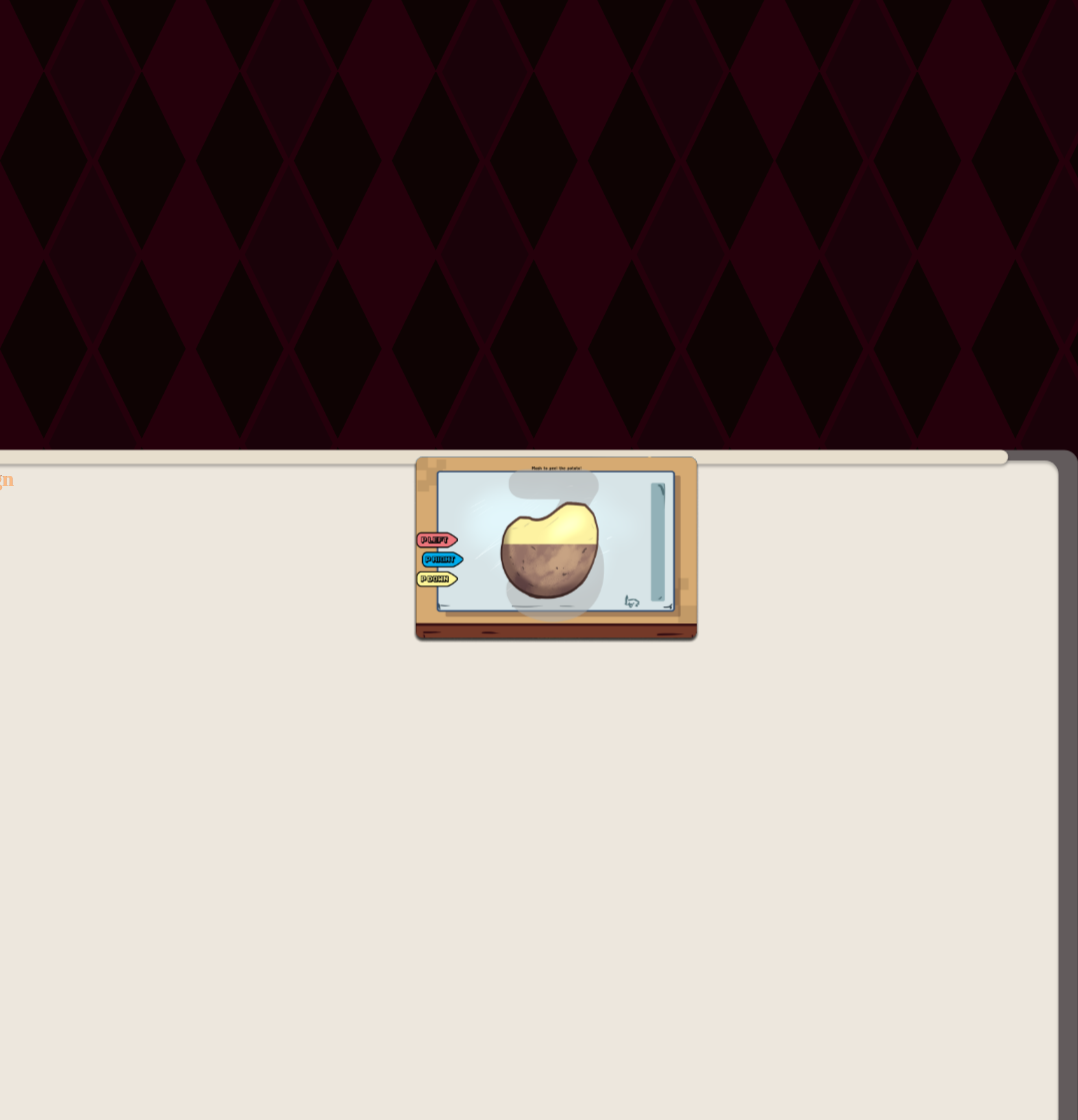
Repository: EMP-ChristinaC/Portfolio
Page: projects/potato-shuffle/potato.html
The author's editor kept a copy of each file at every save. The page is drawn from the files as they stood at one save, then again after the next save.
The browser window is 1280 px wide. The page is 1540 px wide, so the pictures cover 1540 px, including what lies to the right of the window. The pictures show the part of the page from y = 3094 to 4694 px (the page is 4978 px tall), at 70% of full size.
Some web fonts or font styles are not loaded; a fallback is used.

Above is the page before, as saved 2024-12-08 19:57:39.

After the next save:
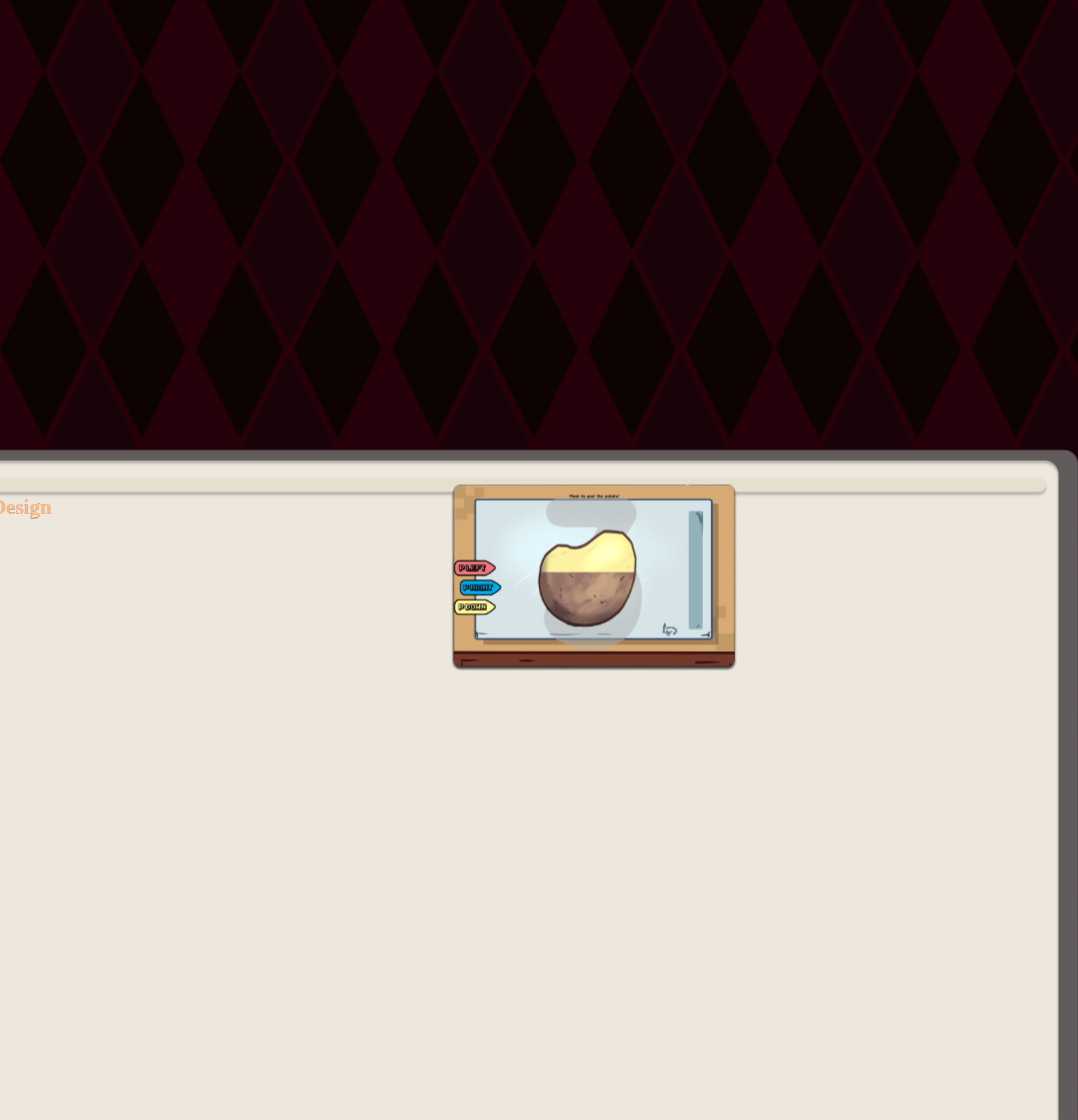
Saved 4 min 18 s later.
--- a/projects/potato-shuffle/potato.css
+++ b/projects/potato-shuffle/potato.css
@@ -151,12 +151,14 @@
 
 .box-outline-heading-four-potato {
     /* transform: translate(-50%, 2800%); */
-
+    top: 4%;
+    left: 3%;
 }
 
 .box-outline-heading-five-potato {
     /* transform: translate(-50%, 3450%); */
-
+    top: 4%;
+    left: 3%;
 }
 
 /*/////////////////////////////////////*/
